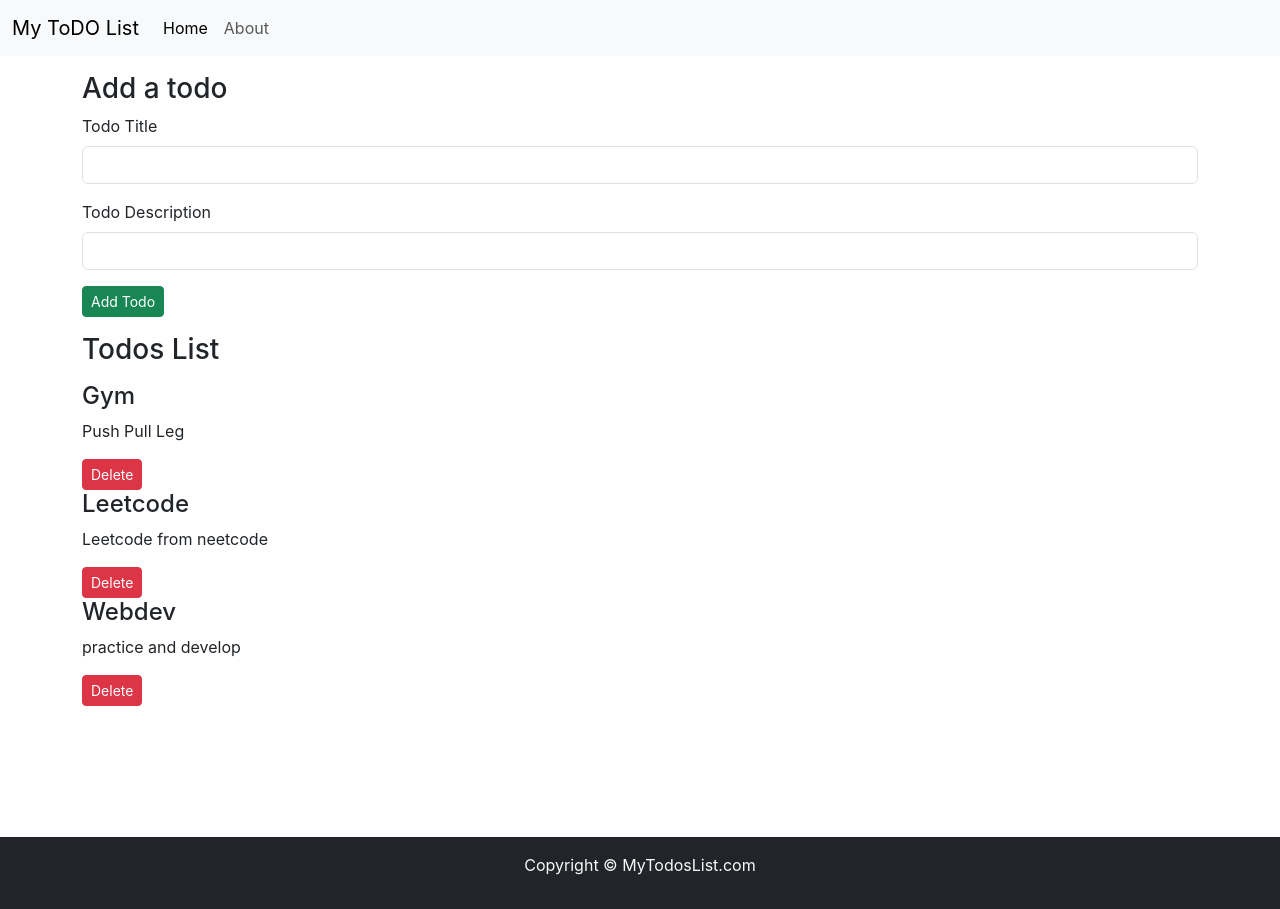
Repository: AshwinUgale/ToDoList
Page: /
An editor plug-in stored every save of this project. The page is shown before and after the next save, followed by the edit.
The browser window is 1280 px wide. The pictures show the whole page.
The project was rebuilt for these pictures with package versions that can differ from the ones it lists, and the page was loaded fresh each time. Also part of the build but not shown: src/App.css.

Above is the page before, as saved 2024-12-21 17:25:42.

After the next save:
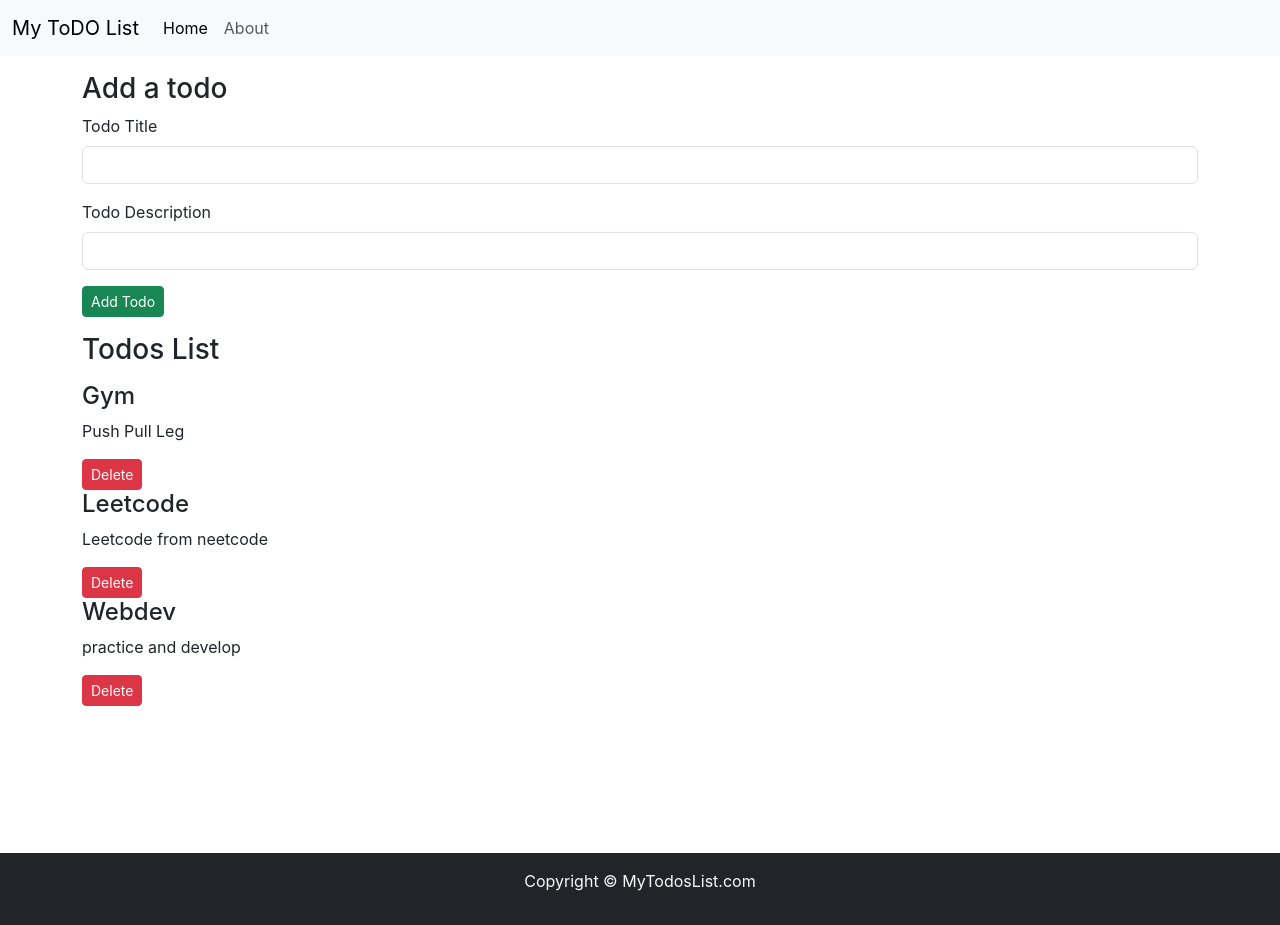
Saved 42 s later.
--- a/src/MyComponents/Todos.js
+++ b/src/MyComponents/Todos.js
@@ -6,7 +6,7 @@ export const Todos = (props) => {
     minHeight: "70vh",
   }
   return (
-    <div className="container" style={myStyle}>
+    <div className="container my-3" style={myStyle}>
         <h3 className="my-3">Todos List</h3>
         {props.todos.length===0? "No todos to display":
         props.todos.map((todo)=>{
